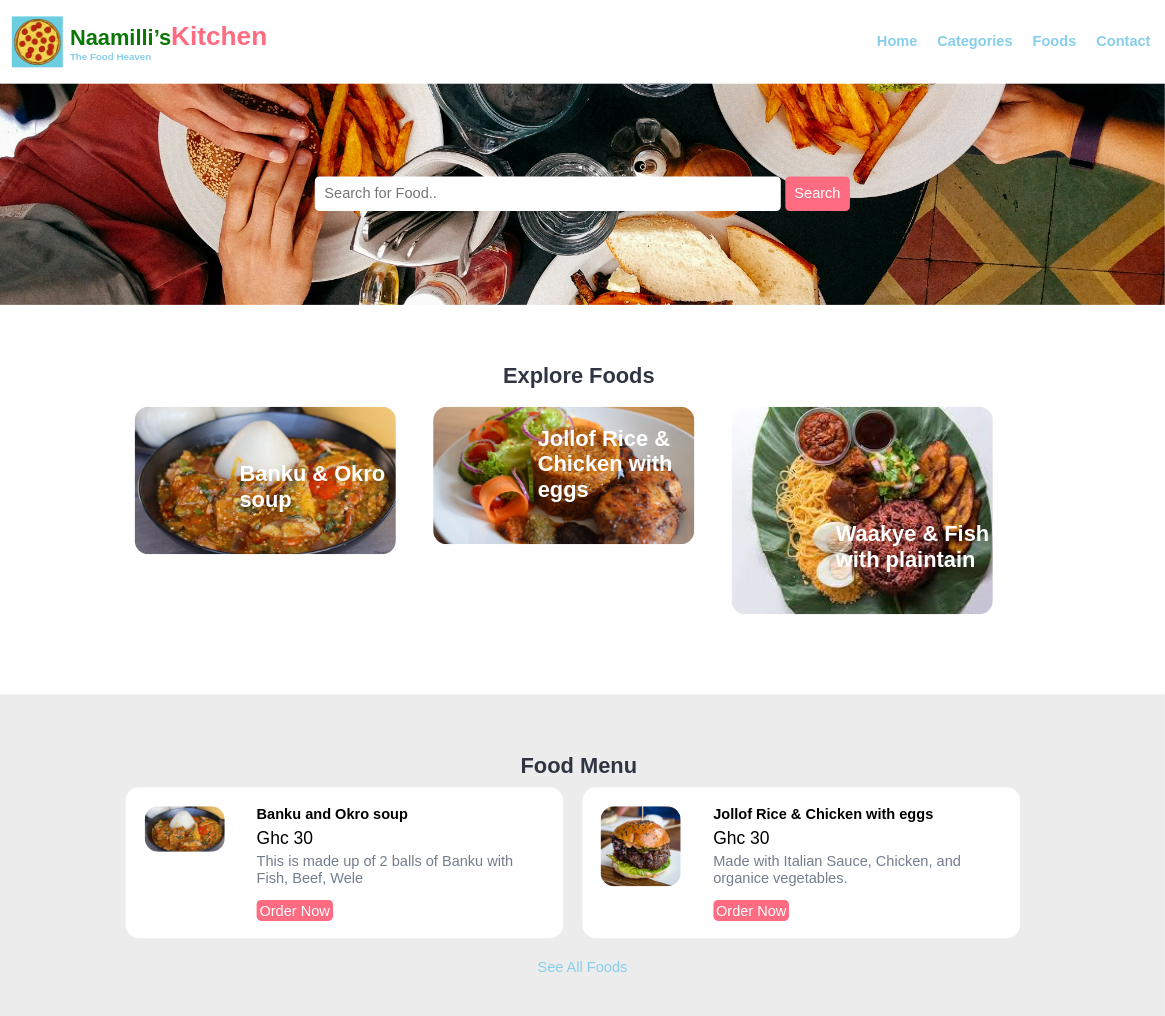
Repository: Saviour-Dagadu/Naamilli
Page: index.html
The author's editor kept a copy of each file at every save. The page is drawn from the files as they stood at one save, then again after the next save.
The browser window is 1280 px wide. The pictures show the part of the page from y = 0 to 1116 px (the page is 1800 px tall), at 91% of full size.
A picture or video elsewhere on the page could not be fetched, so the positions and the page height are approximate.

Above is the page before, as saved 2024-12-03 22:10:22.

### index.html
<!DOCTYPE html>
<html lang="en">
<head>
    <meta charset="UTF-8">
    <!-- Important to make website responsive -->
    <meta name="viewport" content="width=device-width, initial-scale=1.0">
    <title>Restaurant Website</title>

    <!-- Link our CSS file -->
    <link rel="stylesheet" type="text/css" href="css/style.css">
</head>

<body>
    <!-- Navbar Section Starts Here -->
	<section class="navbar" style="display: flex; align-items: center; justify-content: space-between;">
        <div class="container" style="display: flex; width: 100%; justify-content: space-between; align-items: center;">
            <div class="logo" style="display: flex; align-items: center;">
                <a href="index.html" title="Logo" style="display: flex; align-items: center;">
                    <img src="images/giphy.gif" alt="" style="
                        width: 3.5rem; /* Adjust size to be similar to nav image */
                        height: 3.5rem; /* Adjust size to be similar to nav image */
                        margin-right: 0.5rem;">
                    <div>
                        <h2 style="margin: 0;">Naamilli’s<span>Kitchen</span></h2>
                        <h6 style="margin: 0;"><span>The Food Heaven</span></h6>
                    </div>
                </a>
            </div>

            <div class="menu text-right">
                <ul style="list-style: none; margin: 0; padding: 0; display: flex; justify-content: flex-end;">
                    <li style="margin-left: 1rem;">
                        <a href="index.html">Home</a>
                    </li>
                    <li style="margin-left: 1rem;">
                        <a href="categories.html">Categories</a>
                    </li>
                    <li style="margin-left: 1rem;">
                        <a href="foods.html">Foods</a>
                    </li>
                    <li style="margin-left: 1rem;">
                        <a href="contact.html">Contact</a>
                    </li>
                </ul>
            </div>
        </div>

        <div class="clearfix"></div>
    </section>

    <!-- Navbar Section Ends Here -->

    <!-- fOOD sEARCH Section Starts Here -->
    <section class="food-search text-center">
        <div class="container">

            <form action="underConstruction.html" method="POST">
                <input type="search" name="search" placeholder="Search for Food.." required>
                <input type="submit" name="submit" value="Search" class="btn btn-primary">
            </form>

        </div>
    </section>
    <!-- fOOD sEARCH Section Ends Here -->

    <!-- CAtegories Section Starts Here -->
    <section class="categories">
        <div class="container">
            <h2 class="text-center">Explore Foods</h2>

            <a href="category-foods.html">
            <div class="box-3 float-container">
                <img src="images/Banku.jpg" alt="Pizza" class="img-responsive img-curve">

                <h3 class="float-text text-white">Banku & Okro soup</h3>
            </div>
            </a>

            <a href="#">
            <div class="box-3 float-container">
                <img src="images/Jollof.JPG" alt="Burger" class="img-responsive img-curve">

                <h3 class="float-text text-white">Jollof Rice & Chicken with eggs</h3>
            </div>
            </a>

            <a href="#">
            <div class="box-3 float-container">
                <img src="images/waakye2.jpg" alt="Momo" class="img-responsive img-curve">

                <h3 class="float-text text-white">Waakye & Fish with plaintain</h3>
            </div>
            </a>

            <div class="clearfix"></div>
        </div>
    </section>
    <!-- Categories Section Ends Here -->

    <!-- fOOD MEnu Section Starts Here -->
    <section class="food-menu">
        <div class="container">
            <h2 class="text-center">Food Menu</h2>

            <div class="food-menu-box">
                <div class="food-menu-img">
                    <img src="images/Banku.jpg" alt="Chicke Hawain Pizza" class="img-responsive img-curve">
                </div>

                <div class="food-menu-desc">
                    <h4>Banku and Okro soup</h4>
                    <p class="food-price">Ghc 30</p>
                    <p class="food-detail">
                        This is made up of 2 balls of Banku with Fish, Beef, Wele
                    </p>
                    <br>

                    <a href="order.html" class="btn btn-primary">Order Now</a>
                </div>
            </div>

            <div class="food-menu-box">
                <div class="food-menu-img">
                    <img src="images/menu-burger.jpg" alt="Chicke Hawain Pizza" class="img-responsive img-curve">
                </div>

                <div class="food-menu-desc">
                    <h4>Jollof Rice & Chicken with eggs</h4>
                    <p class="food-price">Ghc 30</p>
                    <p class="food-detail">
                        Made with Italian Sauce, Chicken, and organice vegetables.
                    </p>
                    <br>

                    <a href="#" class="btn btn-primary">Order Now</a>
                </div>
            </div>

            <!-- <div class="food-menu-box">
                <div class="food-menu-img">
                    <img src="images/menu-burger.jpg" alt="Chicke Hawain Burger" class="img-responsive img-curve">
                </div>

                <div class="food-menu-desc">
                    <h4>Nice Burger</h4>
                    <p class="food-price">Ghc 20</p>
                    <p class="food-detail">
                        Made with Italian Sauce, Chicken, and organize vegetables.
                    </p>
                    <br>

                    <a href="#" class="btn btn-primary">Order Now</a>
                </div>
            </div> -->



            <!-- <div class="food-menu-box">
                <div class="food-menu-img">
                    <img src="images/menu-pizza.jpg" alt="Chicke Hawain Pizza" class="img-responsive img-curve">
                </div>

                <div class="food-menu-desc">
                    <h4>Food Title</h4>
                    <p class="food-price">$2.3</p>
                    <p class="food-detail">
                        Made with Italian Sauce, Chicken, and organice vegetables.
                    </p>
                    <br>

                    <a href="#" class="btn btn-primary">Order Now</a>
                </div>
            </div> -->

            <!-- <div class="food-menu-box">
                <div class="food-menu-img">
                    <img src="images/menu-momo.jpg" alt="Chicke Hawain Momo" class="img-responsive img-curve">
                </div>

                <div class="food-menu-desc">
                    <h4>Chicken Steam Momo</h4>
                    <p class="food-price">Ghc 50</p>
                    <p class="food-detail">
                        Made with Italian Sauce, Chicken, and organice vegetables.
                    </p>
                    <br>

                    <a href="#" class="btn btn-primary">Order Now</a>
                </div>
            </div> -->


            <div class="clearfix"></div>



        </div>

        <p class="text-center">
            <a href="#">See All Foods</a>
        </p>
    </section>
    <!-- fOOD Menu Section Ends Here -->

    <!-- social Section Starts Here -->
<section class="social">
	<div class="container text-center">
		<ul>
			<li>
				<a href="https://www.facebook.com/saviou/"><img src="https://img.icons8.com/fluent/50/000000/facebook-new.png"/></a>
			</li>
			<li>
				<a href="https://www.instagram.com/saviour_dagadu/"><img src="https://img.icons8.com/fluent/48/000000/instagram-new.png"/></a>
			</li>
			<li>
				<a href="https://twitter.com/savicode"><img src="https://img.icons8.com/fluent/48/000000/twitter.png"/></a>
			</li>
		</ul>
	</div>
</section>
<!-- social Section Ends Here -->

<!-- footer Section Starts Here -->
<section class="footer">
	<div class="container text-center">
		<p>All rights reserved. Designed By <a href="https://saviourdagadu.netlify.app/">Saviour Dagadu</a></p>
	</div>
</section>
<!-- footer Section Ends Here -->

</body>
</html>

### css/style.css
/*
    Author: Vijay Thapa;
    Theme: Restaurant Food Order;
    version: 1.0;
*/

/* CSS for All */
*{
    margin: 0 0;
    padding: 0 0;
    font-family: Arial, Helvetica, sans-serif;
}
.container{
    width: 80%;
    margin: 0 auto;
    padding: 1%;
}
.img-responsive{
    width: 100%;
}
.img-curve{
    border-radius: 15px;
}

.text-right{
    text-align: right;
}
.text-center{
    text-align: center;
}
.text-left{
    text-align: left;
}
.text-white{
    color: white;
}

.clearfix{
    clear: both;
    float: none;
}

a{
    color: skyblue;
    text-decoration: none;
}
a:hover{
    color: #ff6b81;
}

.btn{
    padding: 1%;
    border: none;
    font-size: 1rem;
    border-radius: 5px;
}
.btn-primary{
    background-color: #ff6b81;
    color: white;
    cursor: pointer;
}
.btn-primary:hover{
    color: white;
    background-color: #ff4757;
}
h2{
    color: #2f3542;
    font-size: 2rem;
    margin-bottom: 2%;
}
h3{
    font-size: 1.5rem;
}
.float-container{
    position: relative;
}
.float-text{
    position: absolute;
    bottom: 50px;
    left: 40%;
}
fieldset{
    border: 1px solid white;
    margin: 5%;
    padding: 3%;
    border-radius: 5px;
}


/* CSSS for navbar section */

.logo{
    width: 10%;
    float: left;
}
.logo h2{
    color: rgb(10, 119, 5);
}
.logo h2:hover{
    color: rgb(10, 119, 5);
    font-style: italic;
}
.logo h2 span{
    color: #ff6b81;
    font-size: larger;
    font-weight:bolder;
}
.logo h2 span:hover{
    color: #ff4757;
    font-size: larger;
    font-weight:bolder;
}
.menu{
    line-height: 60px;
}
.menu ul{
    list-style-type: none;
}

.menu ul li{
    display: inline;
    padding: 1%;
    font-weight: bold;
}


/* CSS for Food SEarch Section */

.food-search{
    background-image: url(../images/dan-gold-E6HjQaB7UEA-unsplash.jpg);
    background-size: cover;
    background-repeat: no-repeat;
    background-position: center;
    padding: 7% 0;
}

.food-search input[type="search"]{
    width: 50%;
    padding: 1%;
    font-size: 1rem;
    border: none;
    border-radius: 5px;
}


/* CSS for Categories */
.categories{
    padding: 4% 0;
}

.box-3{
    width: 28%;
    float: left;
    margin: 2%;
}


/* CSS for Food Menu */
.food-menu{
    background-color: #ececec;
    padding: 4% 0;
}
.food-menu-box{
    width: 43%;
    margin: 1%;
    padding: 2%;
    float: left;
    background-color: white;
    border-radius: 15px;
}

.food-menu-img{
    width: 20%;
    float: left;
}

.food-menu-desc{
    width: 70%;
    float: left;
    margin-left: 8%;
}

.food-price{
    font-size: 1.2rem;
    margin: 2% 0;
}
.food-detail{
    font-size: 1rem;
    color: #747d8c;
}


/* CSS for Social */
.social ul{
    list-style-type: none;
}
.social ul li{
    display: inline;
    padding: 1%;
}

/* for Order Section */
.order{
    width: 50%;
    margin: 0 auto;
}
.input-responsive{
    width: 96%;
    padding: 1%;
    margin-bottom: 3%;
    border: none;
    border-radius: 5px;
    font-size: 1rem;
}
.order-label{
    margin-bottom: 1%;
    font-weight: bold;
}

/* Contact Section*/

#info{
    padding: 30px 0;
}

#info .container{
     display: flex;
}

#info .info{
    width: 28%;
    height: 300px;
    border-radius: 10px;
    overflow: hidden;

}

#info .info-text{
    border: 1px solid lightgray;
    padding: 10px;
}

#info .info-text h4{
    margin: 5px;
}

#info .info-text .info-text-call{
    margin-bottom: 20px;
}

#info .info-image{
margin-right: 10px;
overflow: hidden;
box-shadow: 0 0 5px #333;
transform: scale (1.04);
transition: all .4s ease-in-out;
}

#info .info-image:hover{
transform: translateY(-15px) scale(1.1);
box-shadow: 0 0 10px #333;
}
#info .info-image img{
max-width: 100%;
height: auto
}

#info .info-image:hover .info-image img{
opacity: 1;
}

       /* message Section */
#message{
    padding: 30px 0;
    background-color: lightgray;
}

#message .message-top{
    text-align: center;
    margin-bottom: 20px;
}

#message .message-top h3{
    text-transform: uppercase;
    margin: 0;
}

#message .message-top h3::after{
    content: "";
    display: block;
    width: 50px;
    height: 3px;
    background-color: gray;
    margin: 10px auto 0;
}

#message .message-bottom{
    color: black;
}

#message .message-bottom label{
    display: block;
    font-size: 17px;
    font-weight: 500;
    margin-bottom: 5px;
}

#message .message-bottom .form-group{
    margin-bottom: 10px;
}

#message .message-bottom .input{
    display: block;
    height: 40px;
    border-radius: 5px;
    border: 1px solid brown;
    padding-left: 10px;
    padding-right: 10px;
    width: 100%;
    font-size: 15px;
    font-family: 'Segoe UI', Tahoma, Geneva, Verdana, Sans-serif;
}

#message .message-bottom input,
#message .message-bottom textarea,
#message .message-bottom button{
    outline: none;
}

#message  textarea{
    width: 100%;
    height: 200px;
    border-radius: 5px;
    border: 1px solid brown;
    background-color: white;
    padding: 5px 10px;
    font: 15px 'Segoe UI', Tahoma, Geneva, Verdana, Sans-serif;
}

.navbar-brand {
    display: flex;
    align-items: center; /* Align items horizontally in the center */
    text-decoration: none; /* Removes default underline from the link */
    color: #333; /* Adjust text color as needed */
    /* background-image: url('../images/apple.gif'); Replace with the path to your image */
    background-size: cover;                          /* Ensures the image covers the entire div */
    background-position: center;                     /* Centers the image within the div */
    background-repeat: no-repeat;
}
.navbar-brand h2 {
    margin: 0;               /* Removes default margin */
    font-size: 2.5rem;
}

.navbar-brand h2 span{
    color: skyblue;
}

.navbar-brand i {
    display: block;          /* Ensures the i element is on a new line */
    margin: 0;               /* Removes default margin */
    font-size: 0.8rem;       /* Makes the text smaller */
    color: black;
}

.logo-img {
    width: 3.5rem; /* Adjust size as needed */
    height: 3.5rem; /* Adjust size as needed */
    margin-right: 0.5rem; /* Space between image and text */
}

.text-content {
    display: flex;
    flex-direction: column; /* Stack text elements vertically */
    justify-content: center; /* Center text vertically within container */
}

h2 {
    margin: 0; /* Remove default margin */
    font-size: 1.5rem; /* Adjust font size as needed */
    font-weight: bold;
    margin-right: 0.5rem; /* Space between h2 and h6 */
}



/* #message .message-bottom .btn{
    padding: 10px 20px;
    background-color: brown;
    text-transform: uppercase;
    font: 15px 'Segoe UI', Tahoma, Geneva, Verdana, Sans-serif;
    border: none;
    border-radius: 5px;
    font-weight: 500;
    color: #fff;
    cursor: pointer;
} */


/* CSS for Mobile Size or Smaller Screen */

@media only screen and (max-width:768px){
    .logo{
        width: 80%;
        float: none;
        margin: 1% auto;
    }

    .menu ul{
        text-align: center;
    }

    .food-search input[type="search"]{
        width: 90%;
        padding: 2%;
        margin-bottom: 3%;
    }

    .btn{
        width: 91%;
        padding: 2%;
    }

    .food-search{
        padding: 10% 0;
    }

    .categories{
        padding: 20% 0;
    }
    h2{
        margin-bottom: 10%;
    }
    .box-3{
        width: 100%;
        margin: 4% auto;
    }

    .food-menu{
        padding: 20% 0;
    }

    .food-menu-box{
        width: 90%;
        padding: 5%;
        margin-bottom: 5%;
    }
    .social{
        padding: 5% 0;
    }
    .order{
        width: 100%;
    }
}

After the next save:
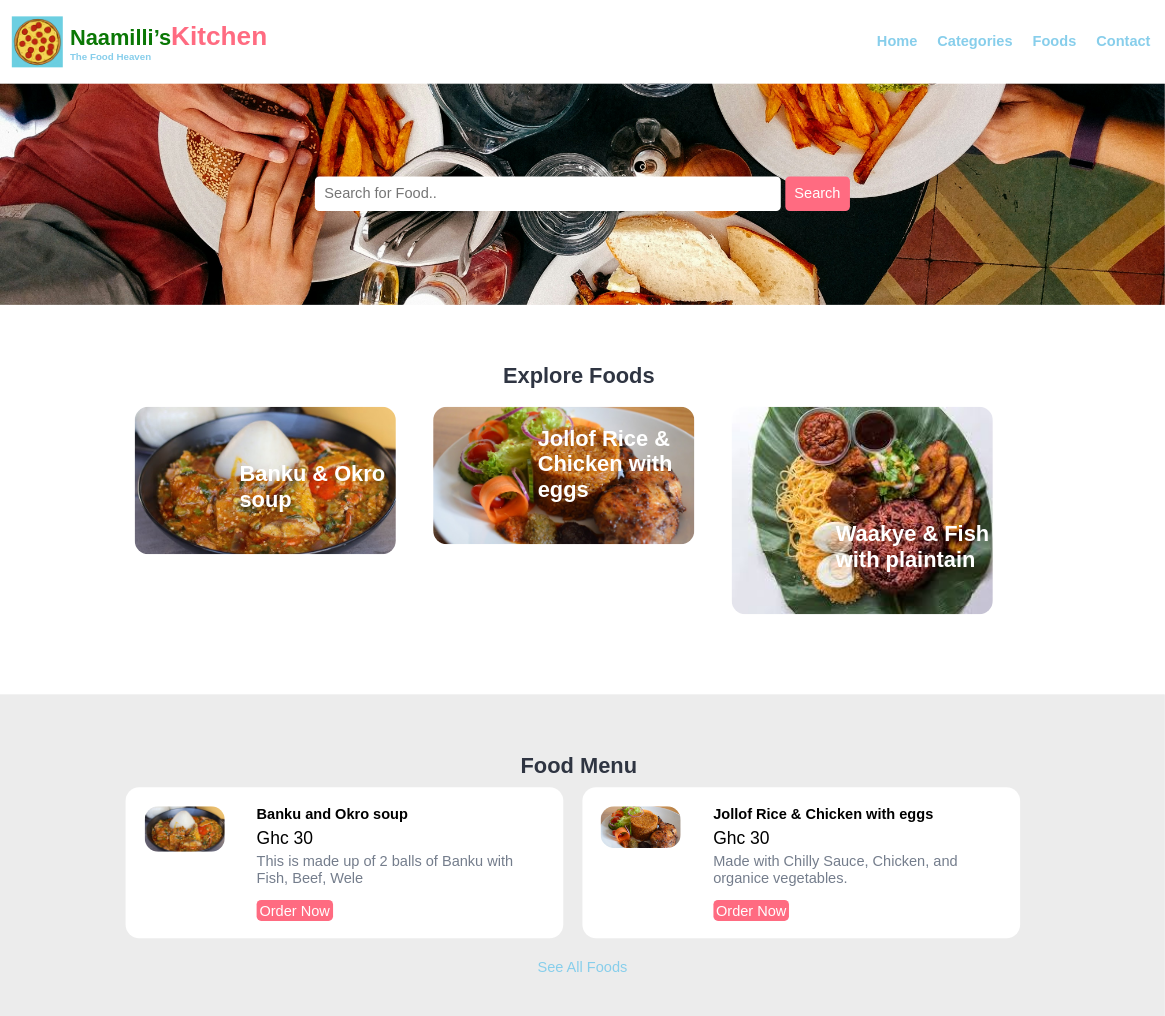
Saved 43 s later.
--- a/index.html
+++ b/index.html
@@ -121,14 +121,14 @@
 
             <div class="food-menu-box">
                 <div class="food-menu-img">
-                    <img src="images/menu-burger.jpg" alt="Chicke Hawain Pizza" class="img-responsive img-curve">
+                    <img src="images/Jollof.JPG" alt="Chicke Hawain Pizza" class="img-responsive img-curve">
                 </div>
 
                 <div class="food-menu-desc">
                     <h4>Jollof Rice & Chicken with eggs</h4>
                     <p class="food-price">Ghc 30</p>
                     <p class="food-detail">
-                        Made with Italian Sauce, Chicken, and organice vegetables.
+                        Made with Chilly Sauce, Chicken, and organice vegetables.
                     </p>
                     <br>
 
